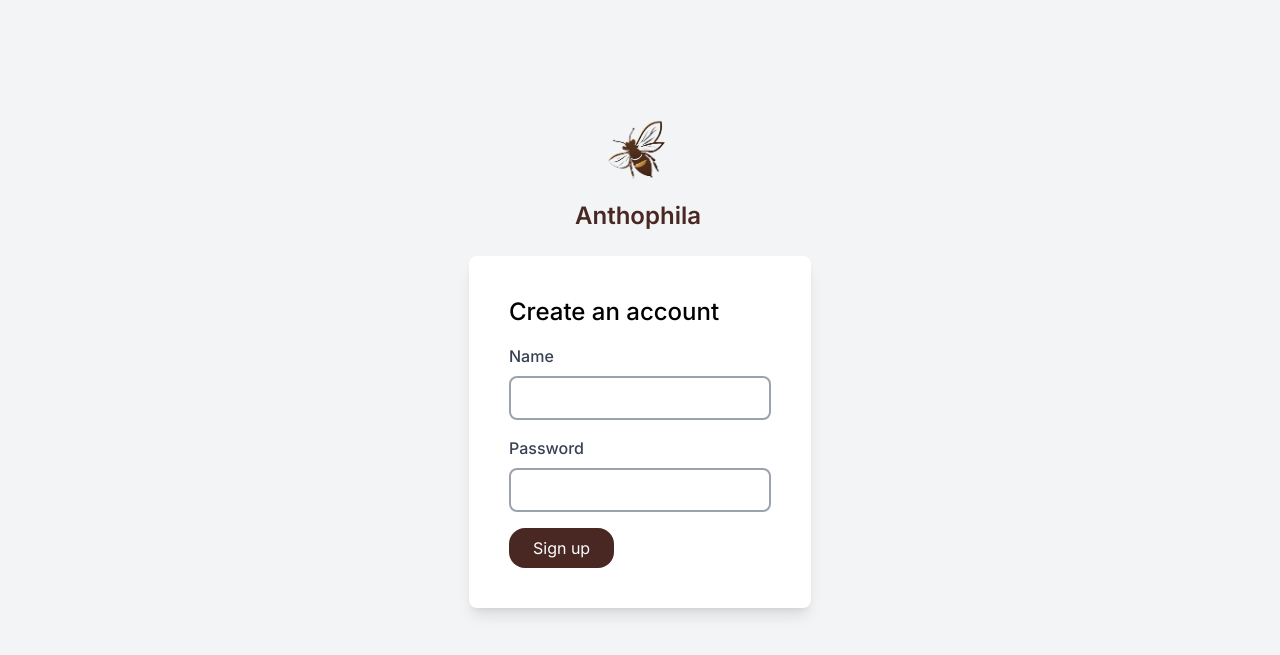
Repository: marcusdashe/anthophila
Page: /signup
These files come from the project's save history. The page is drawn as it stood at one moment and after the next save; the edit follows.
The browser window is 1280 px wide. The pictures show the whole page.
The project was rebuilt for these pictures with package versions that can differ from the ones it lists, and the page was loaded fresh each time. The framework's server and built-in components were replaced by stand-ins that run in the browser. Also part of the build but not shown: next.config.js.

Above is the page before, as saved 2023-03-01 22:35:55.

### pages/_document.js
import { Html, Head, Main, NextScript } from 'next/document'

export default function Document() {
  return (
    <Html lang="en">
      <Head>
        <link rel="preconnect" href="https://fonts.googleapis.com" />
        <link rel="preconnect" href="https://fonts.gstatic.com" crossOrigin />
        <link href="https://fonts.googleapis.com/css2?family=Inter:wght@100;200;300;400;500;600&display=swap" rel="stylesheet" />
      </Head>
      <body>
        <Main />
        <NextScript />
      </body>
    </Html>
  )
}

### pages/signup.js
import React from 'react'
import Button from '../components/Button'
import Web3 from 'web3'



const Signup = () => {

  async function requestAccounts() {
    if (window.ethereum) {
      await window.ethereum.request({ method: 'eth_requestAccounts' });
      const web3 = new Web3(window.ethereum);
      return web3;
    } else {
      alert('Please install Metamask to use this dApp');
    }
  }

  return (
    <div className="flex flex-col items-center justify-center h-screen bg-gray-100">
      <div className='font-bold text-2xl cursor-pointer flex flex-col items-center text-gray-80 hover:scale-110 duration-500 mb-6'>
            <img src="/assets/logo.png" alt="logo" className="object-scale-down h-20 w-20" />
                <span className='text-2xl text-[#492823] mr-1 pt-2 '>
                    Anthophila
                </span>
      </div>
    <div className="bg-white p-10 rounded-lg shadow-lg">
      <h1 className="text-2xl font-medium mb-4">Create an account</h1>
      <form>
        <div className="mb-4">
          <label htmlFor="name" className="block text-gray-700 font-medium mb-2">Name</label>
          <input type="text" id="name" name="name" className="border-gray-400 border-2 rounded-lg py-2 px-3 w-full" />
        </div>
        <div className="mb-4">
          <label htmlFor="password" className="block text-gray-700 font-medium mb-2">Password</label>
          <input type="password" id="password" name="password" className="border-gray-400 border-2 rounded-lg py-2 px-3 w-full" />
        </div>
        <Button isPrimary={true}>Sign up</Button>
      </form>
    </div>
  </div>
);
}



export default Signup

### styles/globals.css
@tailwind base;
@tailwind components;
@tailwind utilities;


@layer base {
    html {

      font-family: 'Inter', sans-serif;
    }
  }

### components/Button.jsx
import React, {useEffect} from 'react'

const Button = ({isPrimary, children}) => {
 console.log(isPrimary)
  return (
    <>
    {
      isPrimary ?
      <button className="bg-[#492823] w-150 text-white py-2 px-6 rounded-2xl md:mr-3 ml-0 hover:bg-[#D5D0ED] hover:text-[#492823] duration-500 hover:scale-125 duration-500  snm:mr-3">
        {children}
      </button>
    :
      <button className="bg-white w-150 text-[#5F3EB2]  border-[3px] border-[#5F3EB2] font-bold py-2 px-6 rounded-2xl hover:scale-125 duration-500 md:ml-8 duration-500 hover:text-[#492823] duration-500">
        {children}
      </button>

    }
   </>
  )
}
// bg-[] w-150 text-white py-2 px-6 rounded-2xl md:ml-8 hover:bg-[#D5D0ED] hover:text-[#492823] duration-500

export default Button

### tailwind.config.js
/** @type {import('tailwindcss').Config} */

module.exports = {
  content: [
    "./app/**/*.{js,ts,jsx,tsx}",
    "./pages/**/*.{js,ts,jsx,tsx}",
    "./components/**/*.{js,ts,jsx,tsx}",
  ],
  theme: {
    extend: {},
  },
  plugins: [],
}

Loaded but not shown: pages/_app.js (common file)

After the next save:
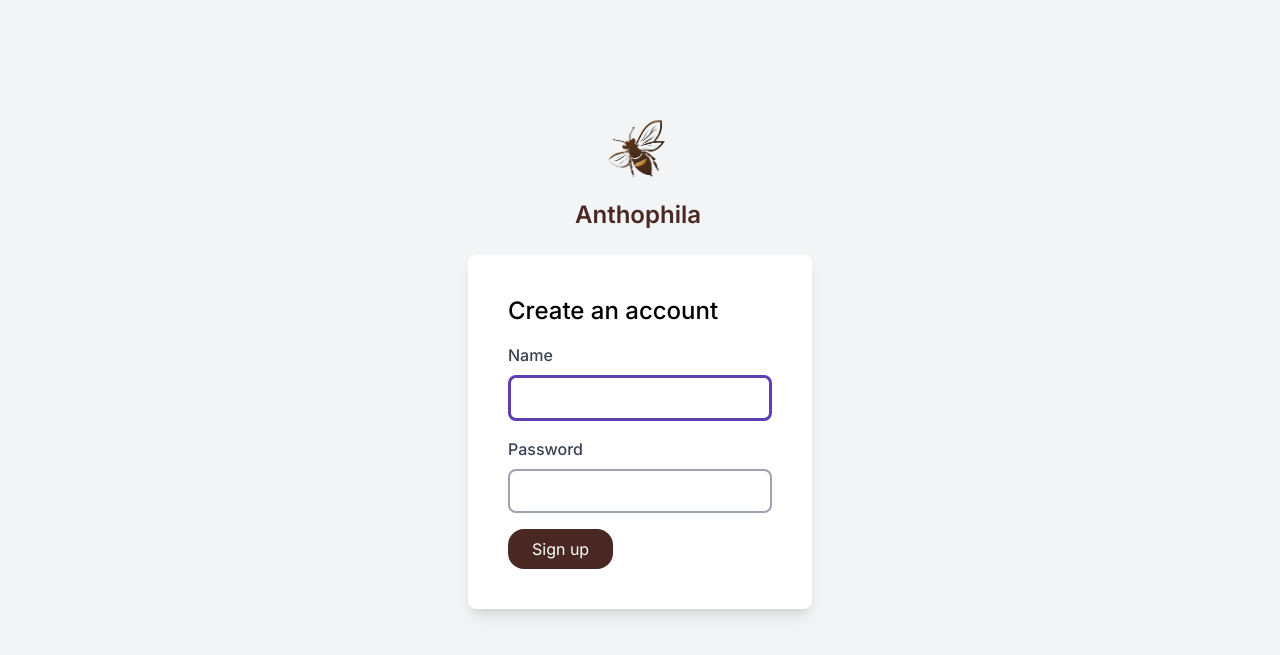
Saved 93 s later.
--- a/pages/signup.js
+++ b/pages/signup.js
@@ -29,7 +29,7 @@ const Signup = () => {
       <form>
         <div className="mb-4">
           <label htmlFor="name" className="block text-gray-700 font-medium mb-2">Name</label>
-          <input type="text" id="name" name="name" className="border-gray-400 border-2 rounded-lg py-2 px-3 w-full" />
+          <input type="text" id="name" name="name" className="border-[3px] border-[#5F3EB2] border-2 rounded-lg py-2 px-3 w-full" />
         </div>
         <div className="mb-4">
           <label htmlFor="password" className="block text-gray-700 font-medium mb-2">Password</label>
